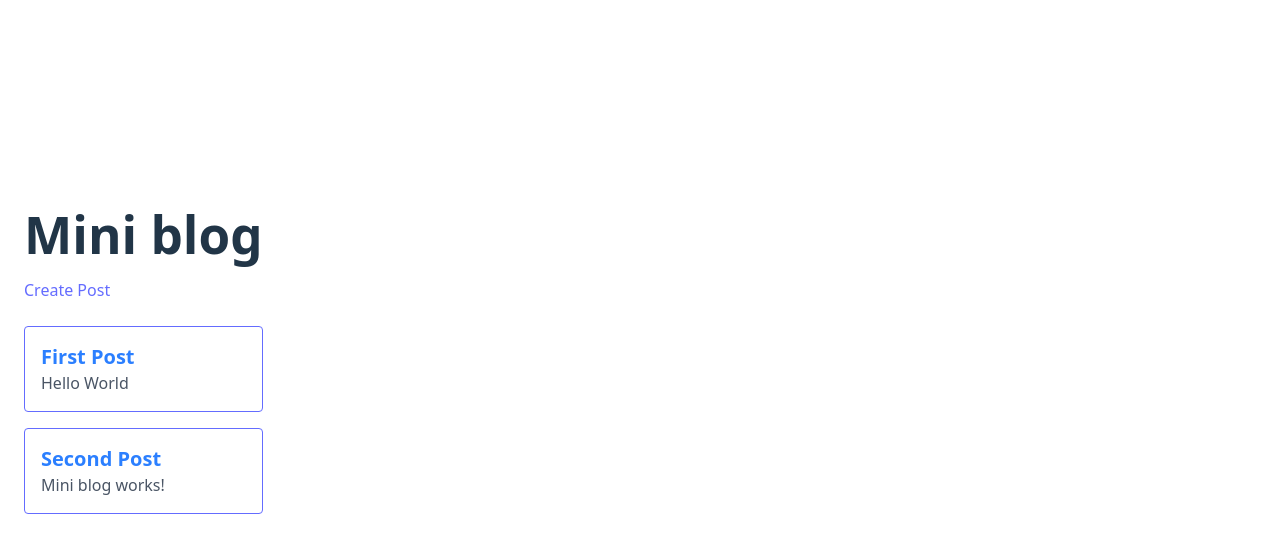
Repository: Reno-mathews/Mini-Blog-MERN
Page: /
The author's editor kept a copy of each file at every save. The page is drawn from the files as they stood at one save, then again after the next save.
The browser window is 1280 px wide. The pictures show the whole page.
The project was rebuilt for these pictures with package versions that can differ from the ones it lists, and the page was loaded fresh each time. Also part of the build but not shown: vite.config.js, src/pages/CreatePost.jsx, src/pages/PostDetail.jsx.

Above is the page before, as saved 2026-01-09 12:17:17.

### index.html
<!doctype html>
<html lang="en">
  <head>
    <meta charset="UTF-8" />
    <link rel="icon" type="image/svg+xml" href="/vite.svg" />
    <meta name="viewport" content="width=device-width, initial-scale=1.0" />
    <title>mini-blog</title>
  </head>
  <body>
    <div id="root"></div>
    <script type="module" src="/src/main.jsx"></script>
  </body>
</html>

### src/main.jsx
import React from "react";
import ReactDOM from "react-dom/client";
import { BrowserRouter } from "react-router-dom";
import App from "./App";
import "./index.css";

const root = ReactDOM.createRoot(document.getElementById("root"));

root.render(
  <BrowserRouter>
    <App />
  </BrowserRouter>
);

### src/App.jsx
import { Routes, Route} from "react-router-dom";
import { useState } from "react"
import Home from "./pages/Home";
import CreatePost from "./pages/CreatePost";
import PostDetail from "./pages/PostDetail";

function App() {
  const [posts, setPosts] = useState([
    { id: 1, title: "First Post", content: "Hello World"},
    { id: 2, title: "Second Post", content: "Mini blog works!"},
  ]);
  return (
      <Routes>
        <Route path="/" element={<Home posts={posts} />} />
        <Route
          path="/create"
          element={<CreatePost posts={posts} setPosts={setPosts} />}
        />
        <Route path ="/post/:id" element={<PostDetail posts={posts} />} />
      </Routes>
  );
}

export default App;

### src/pages/Home.jsx
import { Link } from "react-router-dom";
import PostCard from "../components/PostCard";

export default function Home({ posts }) {
    return (
        <div className="max-w-xl mx-auto p-6">
            <h1 className="text-3xl font-bold mb-4">Mini blog</h1>

            <Link to="/create" className="text-blue-600 underline">
                Create Post
            </Link>

            <div className="mt-6 space-y-4">
                {posts.map(post => (
                    <PostCard key={post.id} post={post} />
                ))}
            </div>
        </div>
    );
}

### src/components/PostCard.jsx
import { Link } from "react-router-dom";

export default function PostCard({ post }) {
    return (
        <Link
            to={`/post/${post.id}`}
            className="block p-4 border rounded hover:bg-gray-800 transition"
            >
                <h2 className="text-xl font-semibold text-blue-500">
                    {post.title}
                </h2>
                <p className="text-gray-600">{post.content}</p>
            </Link>
    );
}

Loaded but not shown: src/index.css (common file)

After the next save:
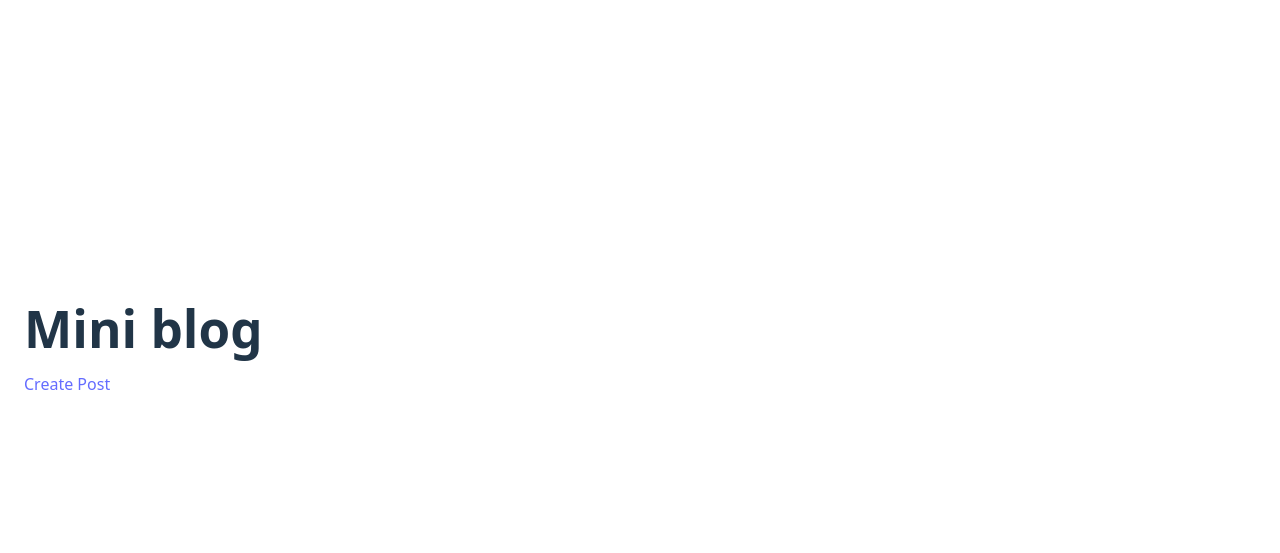
Saved 6 h 15 min later.
--- a/src/App.jsx
+++ b/src/App.jsx
@@ -5,10 +5,7 @@ import CreatePost from "./pages/CreatePost";
 import PostDetail from "./pages/PostDetail";
 
 function App() {
-  const [posts, setPosts] = useState([
-    { id: 1, title: "First Post", content: "Hello World"},
-    { id: 2, title: "Second Post", content: "Mini blog works!"},
-  ]);
+  const [posts, setPosts] = useState([]);
   return (
       <Routes>
         <Route path="/" element={<Home posts={posts} />} />
